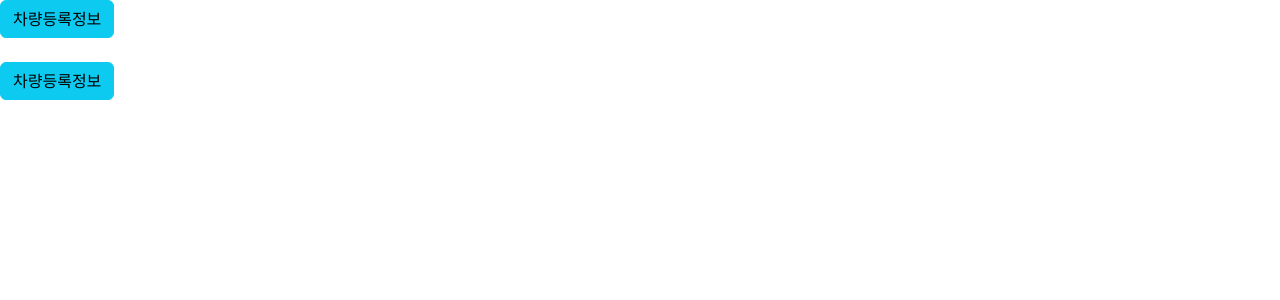
Repository: UZCHA/Sist0103Project
Page: http://localhost/SpringMysqlMybatis/
The author's editor kept a copy of each file at every save. The page is drawn from the files as they stood at one save, then again after the next save.
The browser window is 1280 px wide. The pictures show the whole page.
Some web fonts or font styles are not loaded; a fallback is used. The page is served by Tomcat 9. Nobody is signed in. The application's start-up code is not run.

Above is the page before, as saved 2024-05-08 06:36:55.

After the next save:
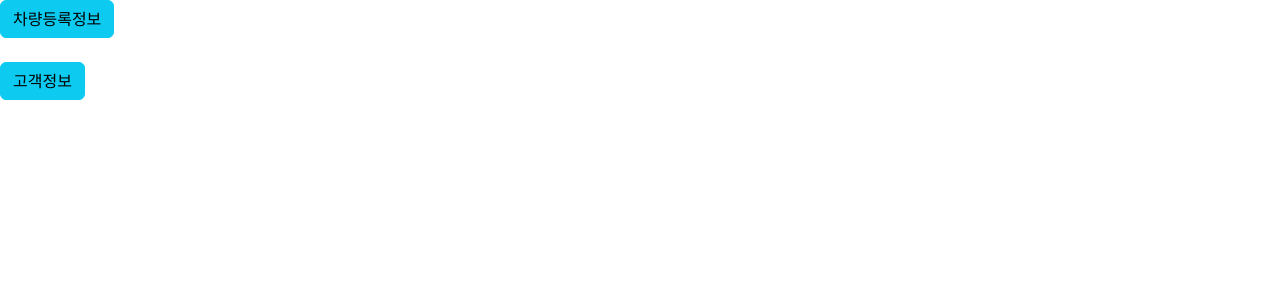
Saved 13 s later.
--- a/sts3work/SpringMysqlMybatis/src/main/webapp/index.jsp
+++ b/sts3work/SpringMysqlMybatis/src/main/webapp/index.jsp
@@ -17,6 +17,6 @@
 onclick="location.href='samsung/list'">차량등록정보</button>
 <br><br>
 <button type="button" class="btn btn-info"
-onclick="location.href='carmember/list'">차량등록정보</button>
+onclick="location.href='carmember/list'">고객정보</button>
 </body>
 </html>
